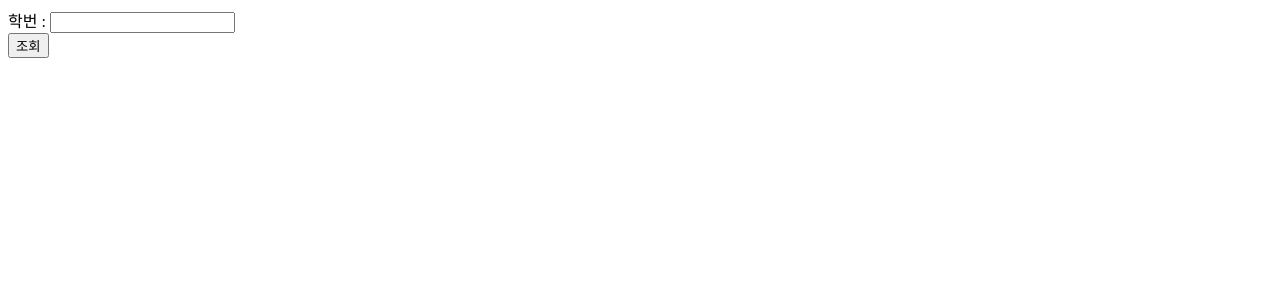
Repository: GitOnibi/jsp
Page: http://localhost/JSPprojec/school/score_input.jsp
An editor plug-in stored every save of this project. The page is shown before and after the next save, followed by the edit.
The browser window is 1280 px wide. The pictures show the whole page.
The page is served by Tomcat 9.

Above is the page before, as saved 2019-01-09 10:58:19.

After the next save:
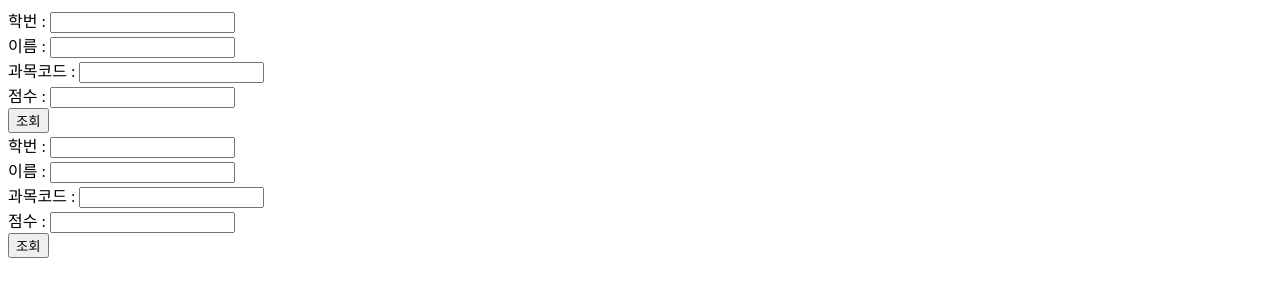
Saved 25 s later.
--- a/JSPprojec/WebContent/school/score_input.jsp
+++ b/JSPprojec/WebContent/school/score_input.jsp
@@ -9,6 +9,16 @@
 <body>
 	<form action="score_check.jsp" method="GET">
 		학번 : <input type="number" name="stu_num" id="stu_num"/><br />
+		이름 : <input type="text" name="stu_name" id="stu_name"/><br />
+		과목코드 : <input type="text" name="dep_code" id="dep_code"/><br />
+		점수 : <input type="number" name="dep_score" id="dep_score"/><br />
+		<input type="submit" value="조회"/>
+	</form>
+		<form action="score_check.jsp" method="GET">
+		학번 : <input type="number" name="stu_num" id="stu_num"/><br />
+		이름 : <input type="text" name="stu_name" id="stu_name"/><br />
+		과목코드 : <input type="text" name="dep_code" id="dep_code"/><br />
+		점수 : <input type="number" name="dep_score" id="dep_score"/><br />
 		<input type="submit" value="조회"/>
 	</form>
 </body>
